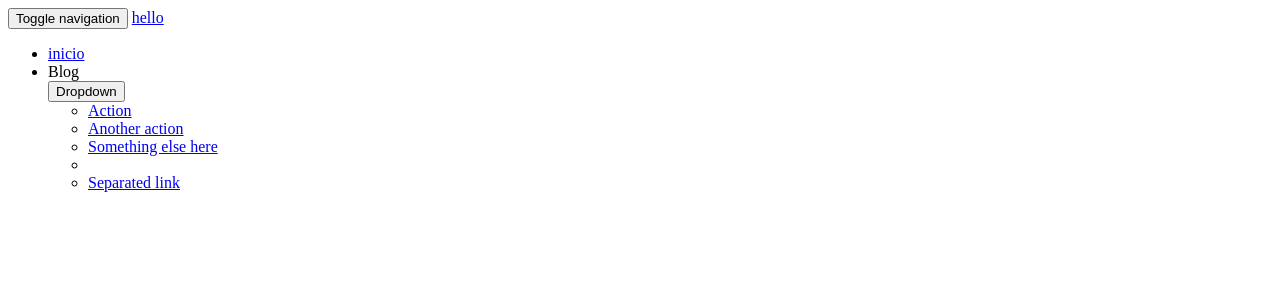
Repository: anamariagr/hello-blog
Page: hello_blog_angular/app/views/menu.html
An editor plug-in stored every save of this project. The page is shown before and after the next save, followed by the edit.
The browser window is 1280 px wide. The pictures show the whole page.

Above is the page before, as saved 2021-12-16 18:57:27.

### hello_blog_angular/app/views/menu.html

  <div class="header" ng-controller = "MenuCtrl as menu">

    <div class="navbar navbar-default" role="navigation">
      <div class="container">
        <div class="navbar-header">

          <button type="button" class="navbar-toggle collapsed" data-toggle="collapse" data-target="#js-navbar-collapse">
            <span class="sr-only">Toggle navigation</span>
            <span class="icon-bar"></span>
            <span class="icon-bar"></span>
            <span class="icon-bar"></span>
          </button>

          <a class="navbar-brand" href="#/">hello</a>
        </div>

        <div class="collapse navbar-collapse" id="js-navbar-collapse">

          <ul class="nav navbar-nav">
            <li ng-class="{active : menu.isActive('/')}"><a href="#!/">inicio</a></li>
            <li ng-class="{active : menu.isActive('/about')}"><a ng-href="#!/about">Blog</a></li>
            <div class="dropdown">
              <button class="btn btn-default dropdown-toggle" type="button" id="dropdownMenu1" data-toggle="dropdown" aria-haspopup="true" aria-expanded="true">
                Dropdown
                <span class="caret"></span>
              </button>
              <ul class="dropdown-menu" aria-labelledby="dropdownMenu1">
                <li><a href="#">Action</a></li>
                <li><a href="#">Another action</a></li>
                <li><a href="#">Something else here</a></li>
                <li role="separator" class="divider"></li>
                <li><a href="#">Separated link</a></li>
              </ul>
            </div>
          </ul>


        </div>
      </div>
    </div>

</div>

After the next save:
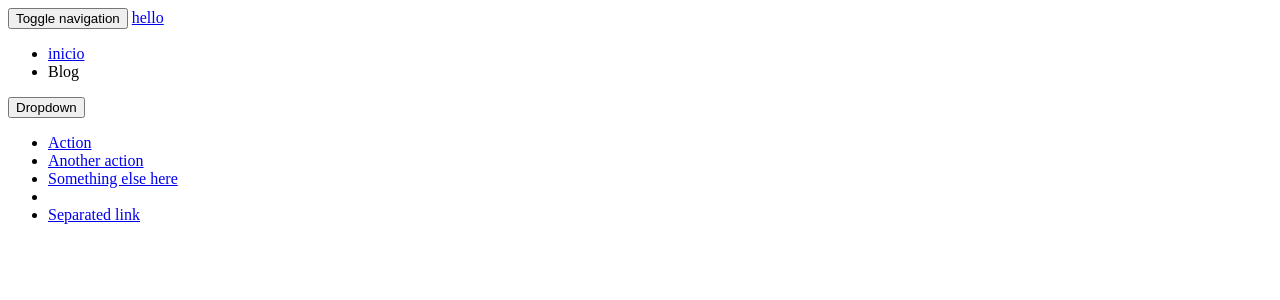
Saved 6 s later.
--- a/hello_blog_angular/app/views/menu.html
+++ b/hello_blog_angular/app/views/menu.html
@@ -20,20 +20,21 @@
           <ul class="nav navbar-nav">
             <li ng-class="{active : menu.isActive('/')}"><a href="#!/">inicio</a></li>
             <li ng-class="{active : menu.isActive('/about')}"><a ng-href="#!/about">Blog</a></li>
-            <div class="dropdown">
-              <button class="btn btn-default dropdown-toggle" type="button" id="dropdownMenu1" data-toggle="dropdown" aria-haspopup="true" aria-expanded="true">
-                Dropdown
-                <span class="caret"></span>
-              </button>
-              <ul class="dropdown-menu" aria-labelledby="dropdownMenu1">
-                <li><a href="#">Action</a></li>
-                <li><a href="#">Another action</a></li>
-                <li><a href="#">Something else here</a></li>
-                <li role="separator" class="divider"></li>
-                <li><a href="#">Separated link</a></li>
-              </ul>
-            </div>
+
           </ul>
+          <div class="dropdown">
+            <button class="btn btn-default dropdown-toggle" type="button" id="dropdownMenu1" data-toggle="dropdown" aria-haspopup="true" aria-expanded="true">
+              Dropdown
+              <span class="caret"></span>
+            </button>
+            <ul class="dropdown-menu" aria-labelledby="dropdownMenu1">
+              <li><a href="#">Action</a></li>
+              <li><a href="#">Another action</a></li>
+              <li><a href="#">Something else here</a></li>
+              <li role="separator" class="divider"></li>
+              <li><a href="#">Separated link</a></li>
+            </ul>
+          </div>
 
 
         </div>
